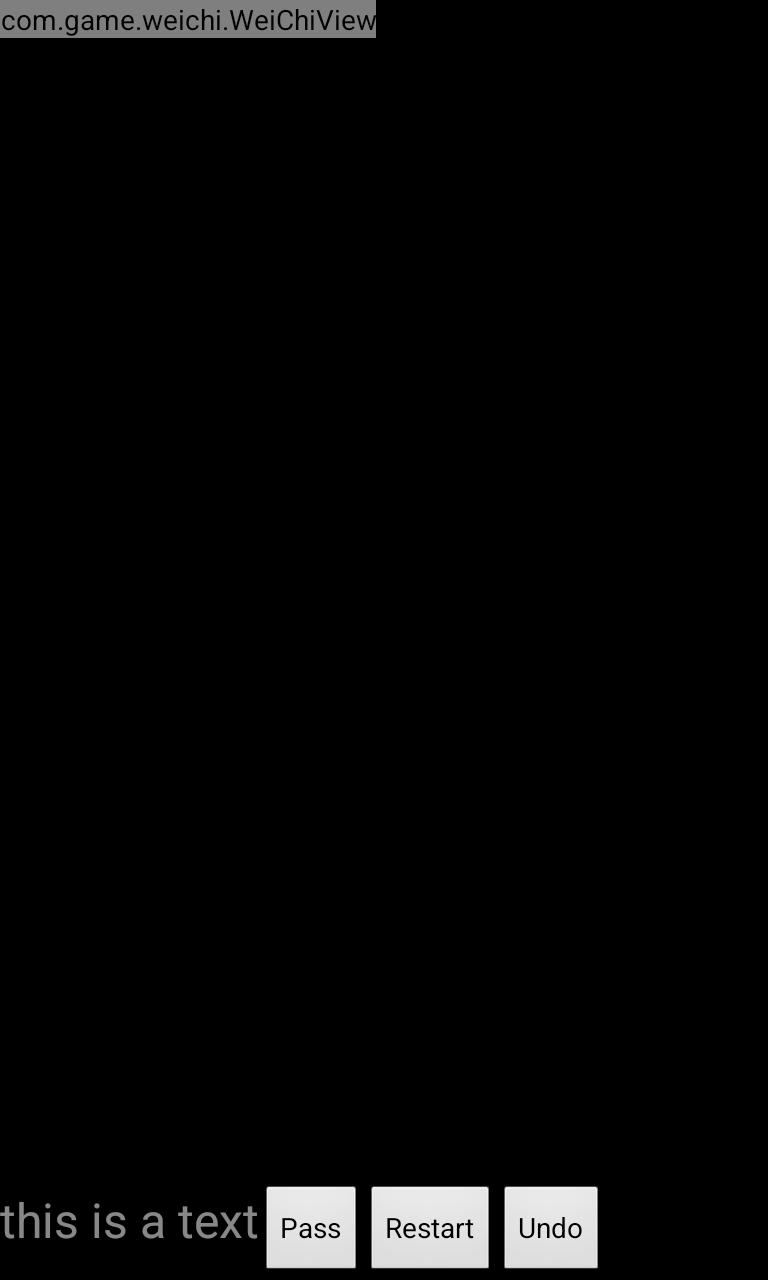
Repository: gulingithub/WeiChi
Layout: WeiChi/res/layout/main.xml
These files come from the project's save history. The layout is drawn as it stood at one moment and after the next save; the edit follows.
Pictures or frames that could not be fetched are drawn as grey boxes. It is drawn on a 768 x 1280 px phone screen (xhdpi) without system bars, with theme android:Theme; the app's code is not run.

Above is the layout before, as saved 2009-10-29 20:28:31.

After the next save:
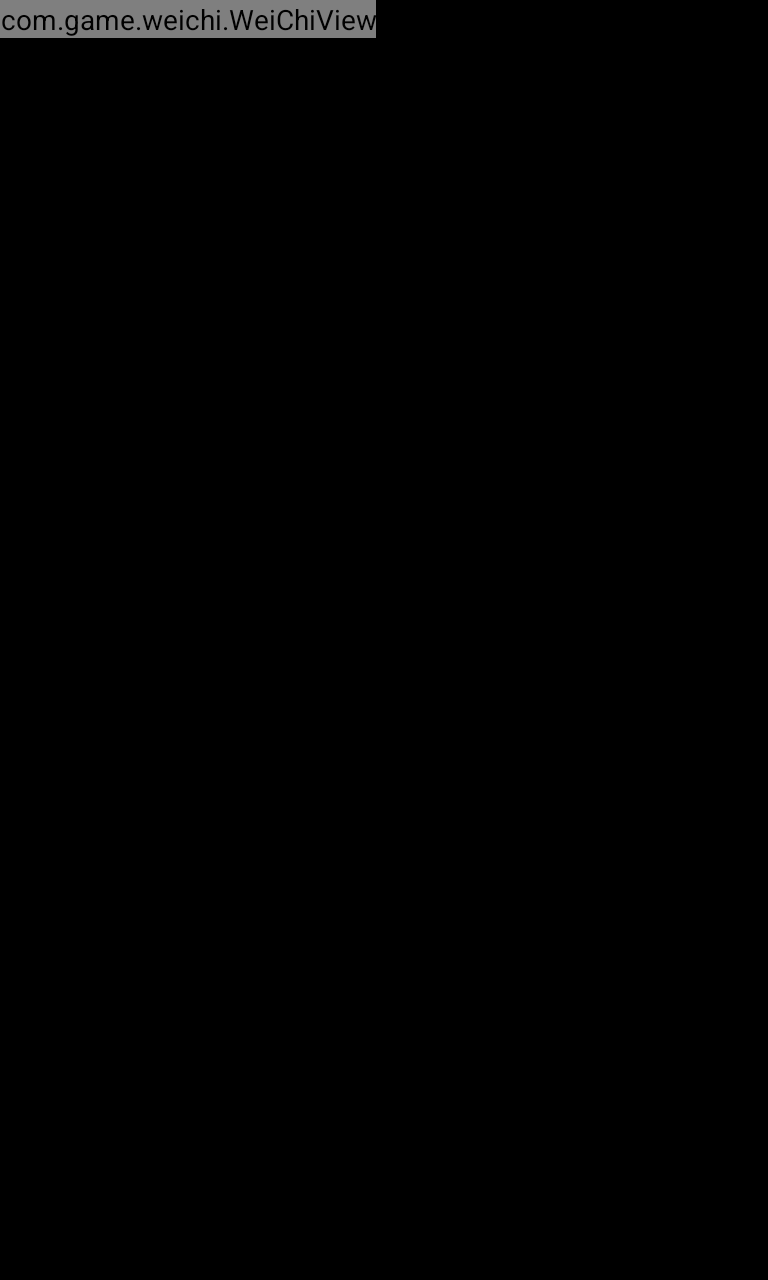
Saved 31 s later.
--- a/WeiChi/res/layout/main.xml
+++ b/WeiChi/res/layout/main.xml
@@ -23,35 +23,8 @@
 	android:layout_width="wrap_content"
 	android:layout_height="wrap_content"
    >
-      <TextView
-          android:id="@+id/text"
-		  android:text="@string/text"
-		  android:visibility="visible"
-          android:layout_width="wrap_content"
-          android:layout_height="wrap_content"
-          android:layout_centerInParent="true"
-          android:gravity="center_horizontal"
-          android:textColor="#88ffffff"
-          android:textSize="24sp"/>
 
-      <Button
-        android:id="@+id/pass"
-        android:layout_width="wrap_content"
-        android:layout_height="wrap_content"
-        android:gravity="center_vertical"
-        android:text="Pass" />
-       <Button
-        android:id="@+id/restart"
-        android:layout_width="wrap_content"
-        android:layout_height="wrap_content"
-        android:gravity="center_vertical"
-        android:text="Restart" />
-        <Button
-        android:id="@+id/undo"
-        android:layout_width="wrap_content"
-        android:layout_height="wrap_content"
-        android:gravity="center_vertical"
-        android:text="Undo" />
+
 
   </LinearLayout>
 
